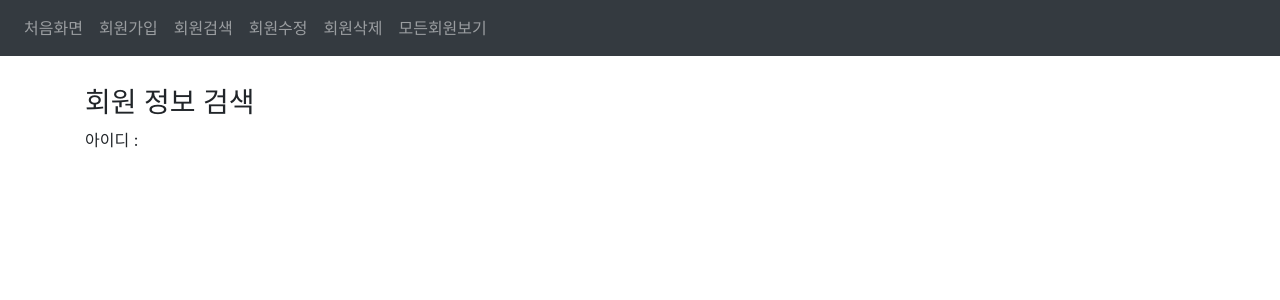
Repository: simjiho/second-crud-project
Page: http://localhost/test/view/memberSearch.jsp
These files come from the project's save history. The page is drawn as it stood at one moment and after the next save; the edit follows.
The browser window is 1280 px wide. The pictures show the whole page.
Some web libraries are served in a nearby version. The page is served by Tomcat 9.

Above is the page before, as saved 2024-03-24 05:42:09.

After the next save:
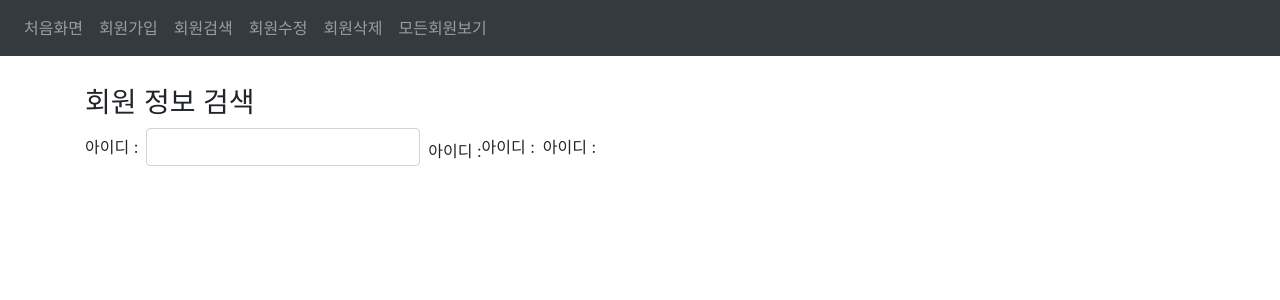
Saved 64 s later.
--- a/test/src/main/webapp/view/memberSearch.jsp
+++ b/test/src/main/webapp/view/memberSearch.jsp
@@ -15,6 +15,9 @@
 
 <form class="form-inline" action="/memberSearch.do" method="post">
 	<label for="id" class="mb-2 mr-sm-2">아이디 : </label>
+	<input type="text" name="id" class="form-control mb-2 mr-sm-2">아이디 : </label>
+	<label for="id" class="mb-2 mr-sm-2">아이디 : </label>
+	<label for="id" class="mb-2 mr-sm-2">아이디 : </label>
 </form>
 </div>
 </body>
